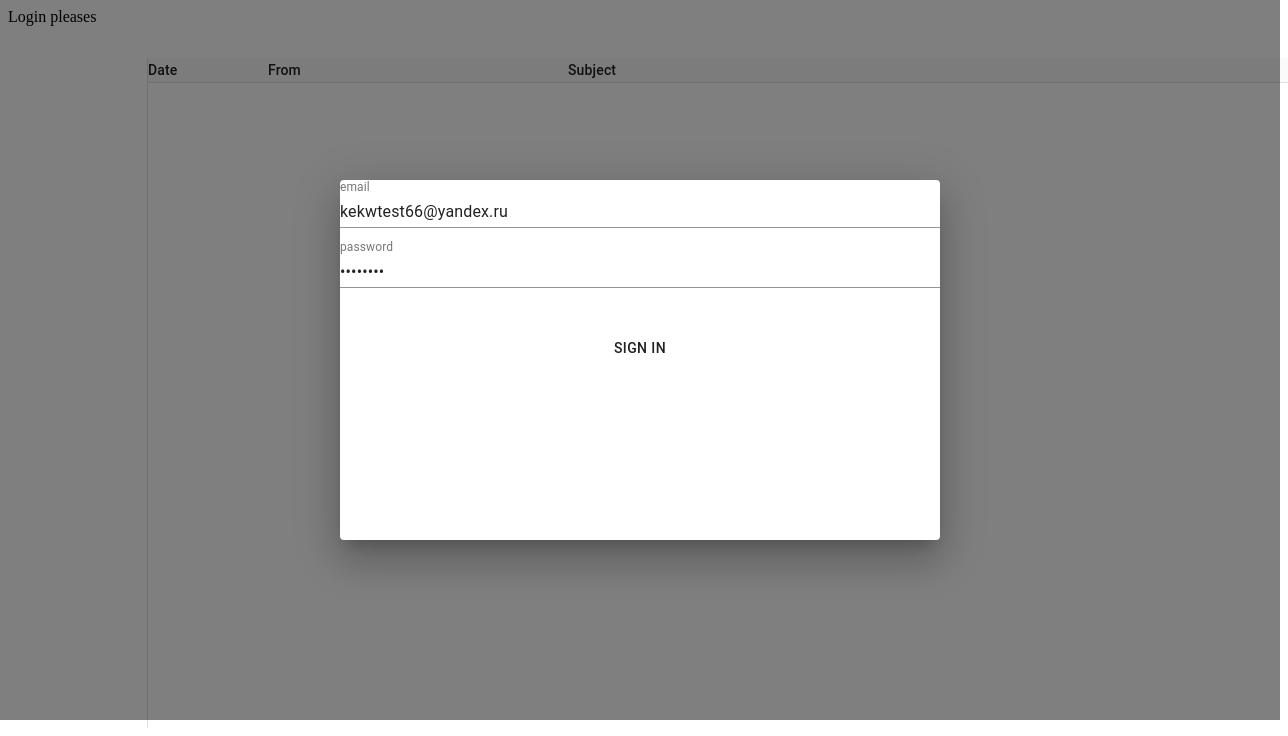
Repository: atakhanovrodion/mailclient
Page: / (app in client/)
The author's editor kept a copy of each file at every save. The page is drawn from the files as they stood at one save, then again after the next save.
The browser window is 1280 px wide. The page is 1288 px wide, so the pictures cover 1288 px, including what lies to the right of the window. The pictures show the whole page.
The project was rebuilt for these pictures with package versions that can differ from the ones it lists, and the page was loaded fresh each time. Also part of the build but not shown: client/webpack.config.js, client/src/components/MessageView.tsx.

Above is the page before, as saved 2021-03-23 04:06:23.

### client/src/index.html
<!DOCTYPE html>
<html lang="en">
  <head>
    <title>MAILCLIENT</title>
  </head>
  <body>
    <div id="root"></div>
  </body>
</html>

### client/src/main.tsx
import * as React from "react";
import * as ReactDOM from "react-dom";

//import "normalize.css";
import "./css/main.css";

import BaseLayout from "./components/BaseLayout";

const baseComponent = ReactDOM.render(
  <BaseLayout />,
  document.getElementById("root")
);

### client/src/css/main.css
.appContainer {
  display: grid;
  grid-template-columns: 140px 1fr;
  grid-template-rows: 50px 1fr;
  width: 100vw;
  height: 100vh;
}
.header {
  grid-column: 1 / 3;
}

.listOfMailboxes {
  grid-column: 1 / 2;
  grid-row: 2 / 2;
  border-right: 1px solid #e0e0e0;
  padding-top: 1px;
  padding-left: 1px;
  overflow: auto;
}

.loginForm {
  display: grid;
  grid-template-columns: 200px 1f;
  grid-template-rows: 60px 90px 1fr;
}

### client/src/components/BaseLayout.tsx
import * as React from "react";
import Login from "./Login";
import * as api from "../api";
import Header from "./Header";
import ListOfMailboxes from "./ListOfMailboxes";
import ListOfMessages from "./ListOfMessages";
import WaitView from "./WaitView";
import MessageView from "./MessageView";
type MyState = {
  isAuth: false;
  loginEmail: string;
  loginPassword: string;
  currenEmail: string;
  currentPassword: string;
  listOfMailboxes: api.IMailbox[];
  listOfMessages: api.IMessage[];
  currentHost: string;
  currentMailboxList: [];
  currentMessageBody: string;
  currentMailbox: string;
  errorText: string;
  waitState: boolean;
  viewState: string;
  date: Date;
  from: string;
  subject: string;
};

class BaseLayout extends React.Component {
  constructor(props: any) {
    super(props);
    this.handleInput = this.handleInput.bind(this);
    this.tryAuth = this.tryAuth.bind(this);
    this.signOut = this.signOut.bind(this);
    this.getMailbox = this.getMailbox.bind(this);
    this.getMessage = this.getMessage.bind(this);
  }
  state: MyState = {
    isAuth: false,
    loginEmail: "kekwtest66@yandex.ru",
    loginPassword: "imap1488",
    currenEmail: "undefined",
    currentHost: "",
    currentMailboxList: [],
    currentMessageBody: "",
    currentMailbox: "INBOX",
    currentPassword: "",
    listOfMailboxes: [],
    listOfMessages: [],
    errorText: "",
    waitState: false,
    viewState: "list",
    date: new Date(),
    from: "",
    subject: "",
  };
  render() {
    return (
      <div>
        <Login
          onSubmit={this.tryAuth}
          onChange={this.handleInput}
          isOpen={this.state.isAuth}
          user={this.state.loginEmail}
          pass={this.state.loginPassword}
          errorText={this.state.errorText}
        />
        <WaitView state={this.state.waitState} />

        <div className="appContainer">
          <div className="header">
            <Header
              onClick={this.signOut}
              currentEmail={this.state.currenEmail}
              isAuth={this.state.isAuth}
            />
          </div>
          <div className="listOfMailboxes">
            <ListOfMailboxes
              mailboxes={this.state.listOfMailboxes}
              onClick={this.getMailbox}
              mailbox={this.state.currentMailbox}
            />
          </div>
          <div className="centerArea">
            {this.state.viewState == "list" ? (
              <ListOfMessages
                messages={this.state.listOfMessages}
                onClick={this.getMessage}
              />
            ) : (
              <MessageView
                viewState={this.state.viewState}
                messageText={this.state.currentMessageBody}
                date={this.state.date}
                from={this.state.from}
                subject={this.state.subject}
              />
            )}
          </div>
        </div>
      </div>
    );
  }

  handleInput(e: any): void {
    const target: string = e.target.id;
    this.setState({ [target]: e.target.value });
  }

  async tryAuth(): Promise<void> {
    let domain: string = findDomain(this.state.loginEmail);
    const info: api.IAuthInfo = {
      user: this.state.loginEmail,
      password: this.state.loginPassword,
      host: "imap." + domain,
      port: 993,
    };
    this.setState({
      waitState: true,
    });
    const apiWorker = new api.Worker();
    if ((await apiWorker.tryAuth(info)) == "succes") {
      const data = {
        loginEmail: "",
        loginPassword: "",
        isAuth: true,
        currenEmail: this.state.loginEmail,
        currentPassword: this.state.loginPassword,
        currentHost: domain,
      };
      this.setState(data);
      console.log(this.state);
      this.getListOfMailboxes();
      //TODO
      this.getMailbox("INBOx");
    } else {
      this.setState({
        errorText: "err",
      });
    }
    this.setState({ loginEmail: "", loginPassword: "", waitState: false });
  }

  async getListOfMailboxes(): Promise<void> {
    this.setState({
      waitState: true,
    });
    const apiWorker = new api.Worker();
    const mailboxes = await apiWorker.listOfMailboxes();
    this.setState({ listOfMailboxes: mailboxes, waitState: false });
  }

  async getMailbox(path: string): Promise<void> {
    this.setState({
      waitState: true,
    });
    const apiWorker: api.Worker = new api.Worker();
    const messages: api.IMessage[] = await apiWorker.getMailbox(path);
    this.setState({
      listOfMessages: messages,
      currentMailbox: path,
      waitState: false,
      currentMessageBody: "",
      viewState: "list",
    });
    console.log(this.state);
  }

  async getMessage(message: api.IMessage): Promise<void> {
    this.setState({
      waitState: true,
    });
    const apiWorker: api.Worker = new api.Worker();
    const messageBody: string = await apiWorker.getMessage(
      this.state.currentMailbox,
      message.id.toString()
    );
    this.setState({
      currentMessageBody: messageBody,
      waitState: false,
      viewState: "view",
      date: message.date,
      from: message.from,
      subject: message.subject,
    });
  }

  signOut(): void {
    this.setState({
      isAuth: false,
      listOfMailboxes: [],
      listOfMessages: [],
      errorText: "",
    });
  }
}
export default BaseLayout;

//TODO
//email validation
function findDomain(address: string): string {
  let i = 0;
  let domain = "";
  while (i < address.length) {
    if (address[i] == "@") {
      if (address[i + 1]) {
        let j = i + 1;
        while (j < address.length) {
          domain += address[j];
          j++;
        }
      }
    }
    i++;
  }
  return domain;
}

### client/src/components/Login.tsx
import React from "react";
import { withStyles } from "@material-ui/styles";
import Dialog from "@material-ui/core/Dialog";
import TextField from "@material-ui/core/TextField";
import Button from "@material-ui/core/Button";

type Props = {
  onSubmit: any;
  onChange: any;
  isOpen: boolean;
  user: string;
  pass: string;
  classes: any;
  errorText: string;
};

const styles = {
  dialogPaper: {
    minHeight: "50vh",
    maxHeight: "80vh",
  },
};

const Login: React.FC<Props> = ({
  onSubmit,
  onChange,
  isOpen,
  user,
  pass,
  classes,
  errorText,
}) => {
  return (
    <Dialog
      open={!isOpen}
      disableBackdropClick={true}
      disableEscapeKeyDown={true}
      fullWidth={true}
      classes={{ paper: classes.dialogPaper }}
    >
      <form className="loginForm">
        <TextField
          id="loginEmail"
          onChange={onChange}
          label="email"
          value={user}
          error={errorText !== ""}
        />
        <TextField
          id="loginPassword"
          onChange={onChange}
          label="password"
          type="password"
          value={pass}
          error={errorText !== ""}
          helperText={errorText !== "" ? "incorrect email or address" : ""}
        />
        <Button onClick={onSubmit}>Sign in</Button>
      </form>
    </Dialog>
  );
};

export default withStyles(styles)(Login);

### client/src/api.ts
import axios, { AxiosResponse } from "axios";

export interface IAuthInfo {
  host: string;
  port: number;
  user: string;
  password: string;
}
export interface IMailbox {
  name: string;
  path: string;
}
export interface IMessage {
  id: number;
  from: string;
  subject: string;
  date: string;
  body?: string;
}

export class Worker {
  public async tryAuth(info: IAuthInfo): Promise<string> {
    const response: AxiosResponse = await axios.post(
      "http://localhost:3001/auth",
      info
    );
    return response.data;
  }
  public async listOfMailboxes(): Promise<IMailbox[]> {
    const response: AxiosResponse = await axios.get(
      "http://localhost:3001/mailboxes"
    );
    return response.data;
  }
  public async getMailbox(mailbox: string): Promise<IMessage[]> {
    const response: AxiosResponse = await axios.get(
      `http://localhost:3001/mailboxes/${mailbox}`
    );
    return response.data;
  }
  public async getMessage(mailbox: string, id: string): Promise<string> {
    const response: AxiosResponse = await axios.get(
      `http://localhost:3001/mailboxes/${mailbox}/${id}`
    );
    return response.data;
  }
}

### client/src/components/Header.tsx
import React from "react";
import Button from "@material-ui/core/Button";
type Props = {
  onClick: any;
  currentEmail: string;
  isAuth: boolean;
};

const Header: React.FC<Props> = ({ onClick, currentEmail, isAuth }) => {
  return (
    <div>
      {isAuth == true ? (
        <div>
          Your email:{currentEmail}
          <Button onClick={onClick}>Sign out</Button>
        </div>
      ) : (
        <div>Login pleases </div>
      )}
    </div>
  );
};
export default Header;

### client/src/components/ListOfMailboxes.tsx
import React from "react";
import { IMailbox } from "../api";
import Chip from "@material-ui/core/Chip";
import List from "@material-ui/core/List";
type Props = {
  mailboxes: IMailbox[];
  onClick: any;
  mailbox: string;
};

const listOfMailboxes: React.FC<Props> = ({ mailboxes, onClick, mailbox }) => {
  return (
    <List>
      {mailboxes.map((value) => {
        return (
          <Chip
            style={{
              marginBottom: 5,
              width: 125,
            }}
            onClick={() => {
              onClick(value.path);
            }}
            label={`${value.name}`}
            variant="outlined"
            color={mailbox === value.path ? "secondary" : "default"}
          />
        );
      })}
    </List>
  );
};
export default listOfMailboxes;

### client/src/components/ListOfMessages.tsx
import React from "react";
import { IMessage } from "../api";

import Table from "@material-ui/core/Table";
import TableBody from "@material-ui/core/TableBody";
import TableCell from "@material-ui/core/TableCell";
import TableHead from "@material-ui/core/TableHead";
import TableRow from "@material-ui/core/TableRow";

type Props = {
  messages: IMessage[];
  onClick: any;
};

const ListOfMessages: React.FC<Props> = ({ messages, onClick }) => (
  <Table stickyHeader padding="none">
    <TableHead>
      <TableRow>
        <TableCell style={{ width: 120 }}>Date</TableCell>
        <TableCell style={{ width: 300 }}>From</TableCell>
        <TableCell>Subject</TableCell>
      </TableRow>
    </TableHead>
    <TableBody>
      {messages.map((message) => (
        <TableRow
          onClick={() => {
            onClick(message);
          }}
          key={message.id}
        >
          <TableCell>{new Date(message.date).toLocaleDateString()}</TableCell>
          <TableCell>{message.from}</TableCell>
          <TableCell>{message.subject}</TableCell>
        </TableRow>
      ))}
    </TableBody>
  </Table>
);

export default ListOfMessages;

### client/src/components/WaitView.tsx
import React from "react";

import Dialog from "@material-ui/core/Dialog";
import DialogContent from "@material-ui/core/DialogContent";
import DialogContentText from "@material-ui/core/DialogContentText";

type Props = {
  state: boolean;
};

const WaitView: React.FC<Props> = ({ state }) => {
  return (
    <Dialog
      open={state}
      disableBackdropClick={true}
      disableEscapeKeyDown={true}
      transitionDuration={0}
    >
      <DialogContent>
        <DialogContentText>Please wait...</DialogContentText>
      </DialogContent>
    </Dialog>
  );
};

export default WaitView;

After the next save:
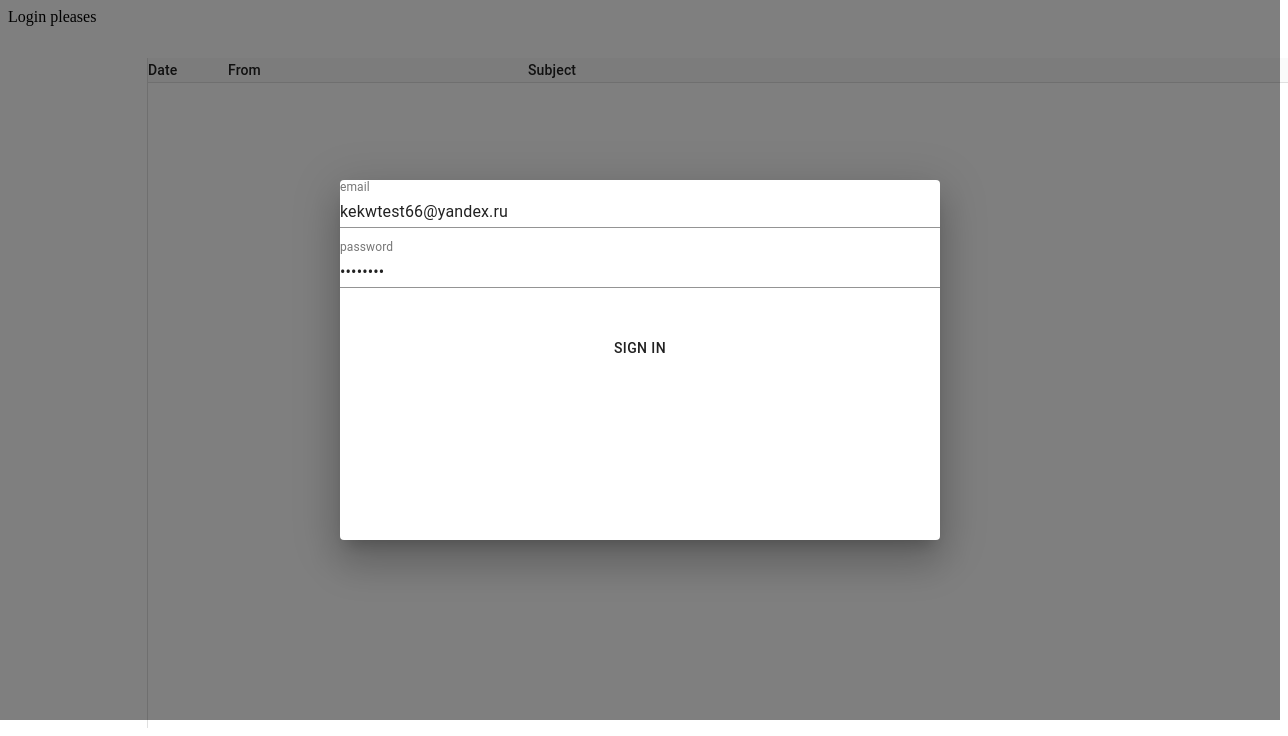
Saved 56 s later.
--- a/client/src/components/ListOfMessages.tsx
+++ b/client/src/components/ListOfMessages.tsx
@@ -16,7 +16,7 @@ const ListOfMessages: React.FC<Props> = ({ messages, onClick }) => (
   <Table stickyHeader padding="none">
     <TableHead>
       <TableRow>
-        <TableCell style={{ width: 120 }}>Date</TableCell>
+        <TableCell style={{ width: 80 }}>Date</TableCell>
         <TableCell style={{ width: 300 }}>From</TableCell>
         <TableCell>Subject</TableCell>
       </TableRow>
